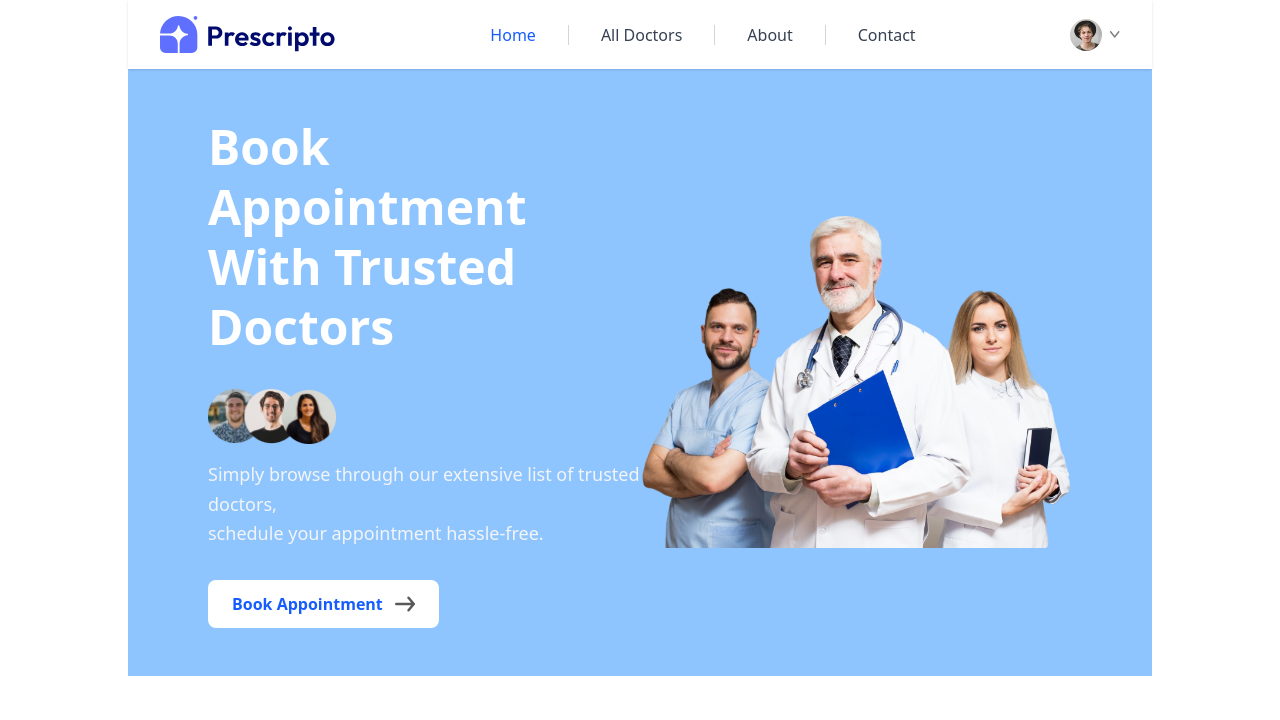
Repository: Pran2535/appointement_booking
Page: / (app in frontend/)
The author's editor kept a copy of each file at every save. The page is drawn from the files as they stood at one save, then again after the next save.
The browser window is 1280 px wide. The pictures show the whole page.
The project was rebuilt for these pictures with package versions that can differ from the ones it lists, and the page was loaded fresh each time. Also part of the build but not shown: frontend/vite.config.js, frontend/src/pages/About.jsx, frontend/src/pages/MyAppointments.jsx, frontend/src/pages/Doctors.jsx, frontend/src/pages/Login.jsx, frontend/src/pages/Contact.jsx, frontend/src/pages/MyProfile.jsx, frontend/src/pages/Appointment.jsx.

Above is the page before, as saved 2025-02-16 20:58:41.

After the next save:
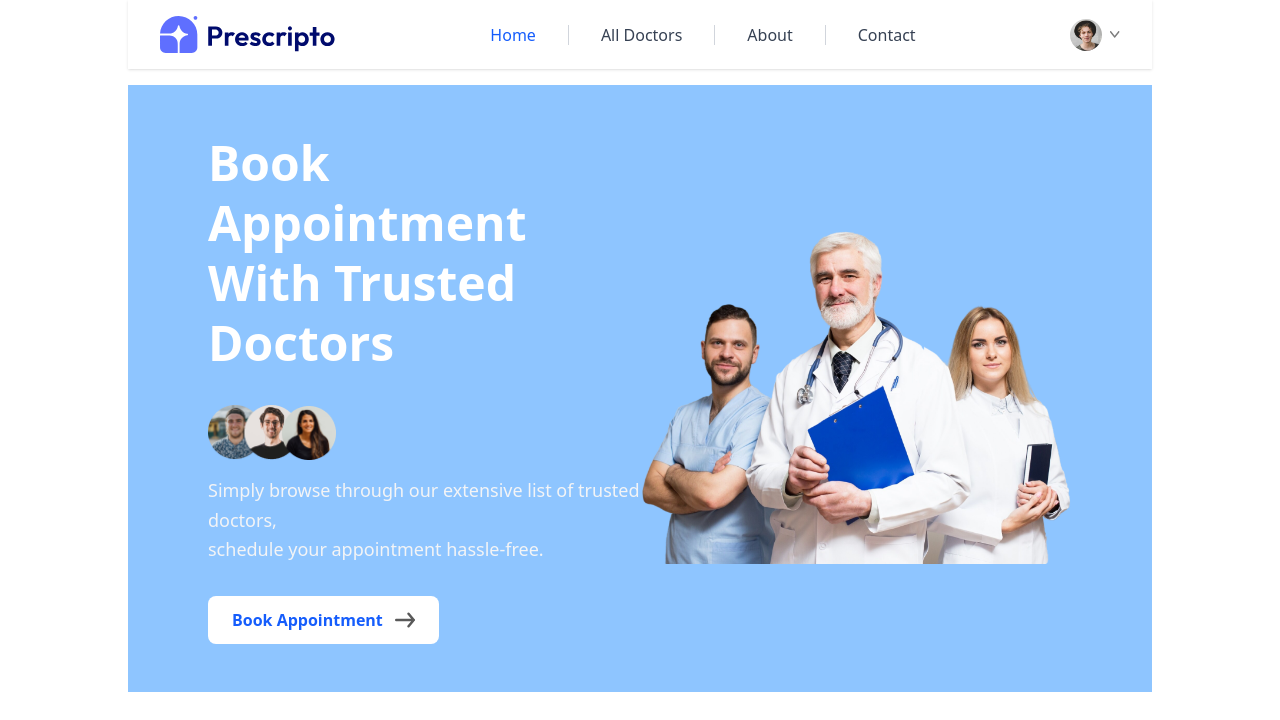
Saved 96 s later.
--- a/frontend/src/components/Header.jsx
+++ b/frontend/src/components/Header.jsx
@@ -3,7 +3,7 @@ import { assets } from '../assets/assets';
 
 const Header = () => {
   return (
-    <div className="flex flex-col md:flex-row justify-between items-center bg-blue-300 px-6 md:px-10 lg:px-20 py-12 text-white">
+    <div className="mt-4 flex flex-col md:flex-row justify-between items-center bg-blue-300 px-6 md:px-10 lg:px-20 py-12 text-white">
       {/* Left side */}
       <div className="w-full md:w-1/2 justify-center gap-4 space-y-8 mb-8 md:mb-0">
         <h1 className="text-4xl lg:text-5xl font-bold leading-tight">
